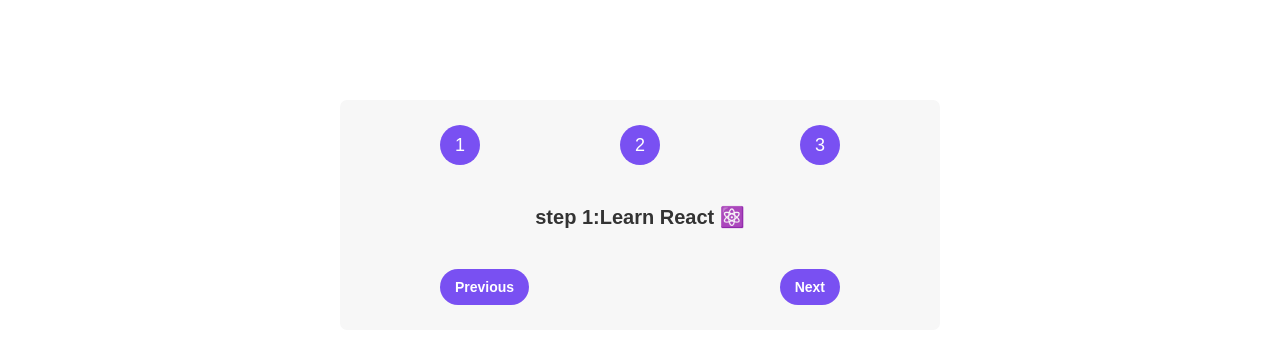
Repository: masamichan/steps
Page: /
The author's editor kept a copy of each file at every save. The page is drawn from the files as they stood at one save, then again after the next save.
The browser window is 1280 px wide. The pictures show the whole page.
The project was rebuilt for these pictures with package versions that can differ from the ones it lists, and the page was loaded fresh each time.

Above is the page before, as saved 2023-12-31 08:43:09.

After the next save:
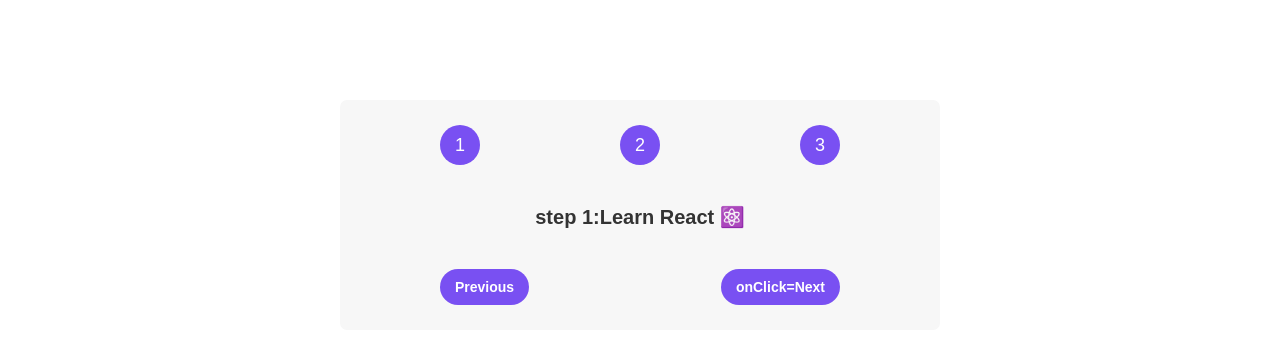
Saved 50 s later.
--- a/src/App.js
+++ b/src/App.js
@@ -24,6 +24,7 @@
           Previous
         </button>
         <button style={{ backgroundColor: "#7950f2", color: "#fff" }}>
+          onClick={() => alert("Next")}
           Next
         </button>
       </div>

After the save that followed:
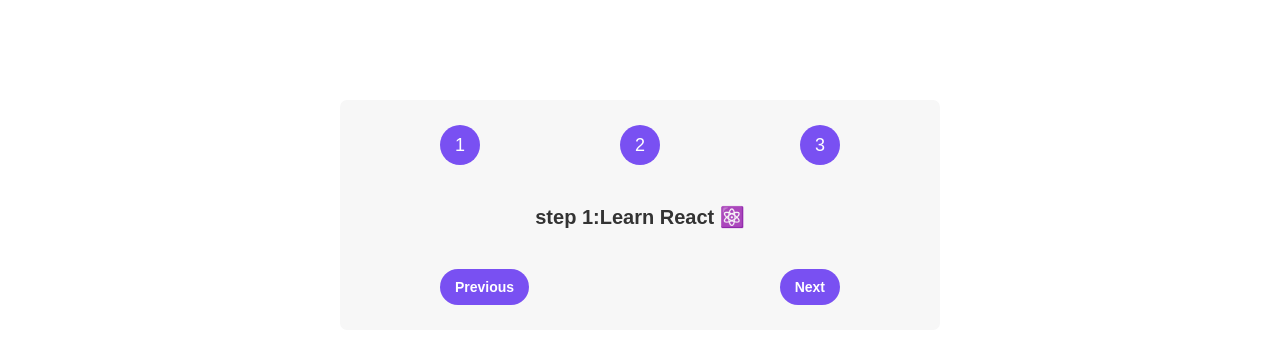
Saved 18 s later.
--- a/src/App.js
+++ b/src/App.js
@@ -23,8 +23,10 @@
         >
           Previous
         </button>
-        <button style={{ backgroundColor: "#7950f2", color: "#fff" }}>
-          onClick={() => alert("Next")}
+        <button
+          style={{ backgroundColor: "#7950f2", color: "#fff" }}
+          onClick={() => alert("Previous")}
+        >
           Next
         </button>
       </div>
